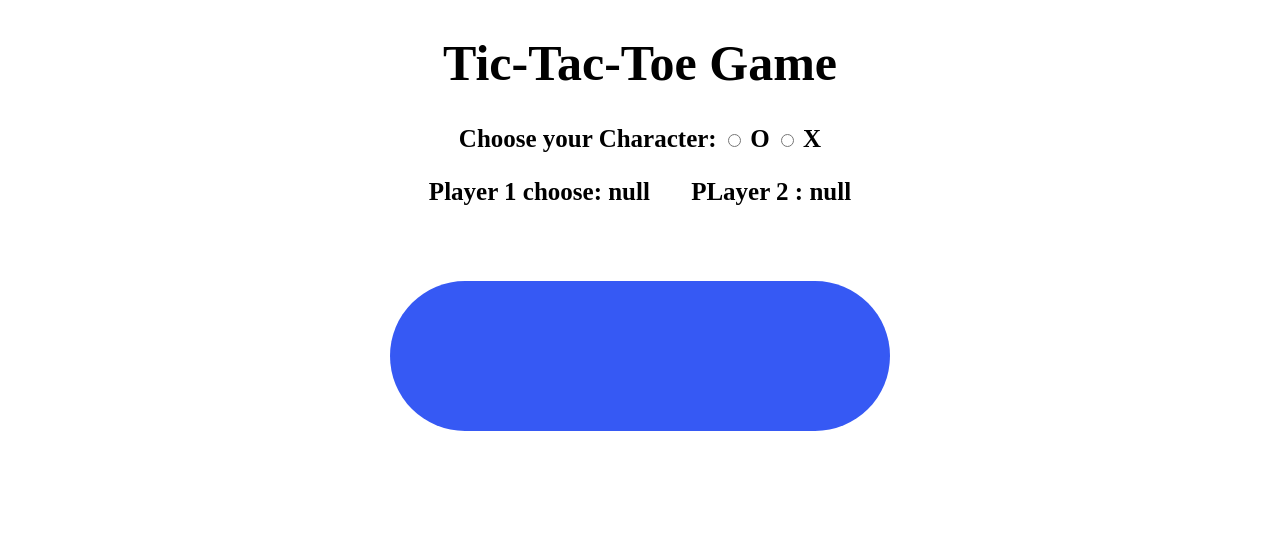
Repository: 0101chaitanya/Tic-Tac-Toe
Page: index.html
An editor plug-in stored every save of this project. The page is shown before and after the next save, followed by the edit.
The browser window is 1280 px wide. The pictures show the whole page.

Above is the page before, as saved 2021-06-11 22:58:20.

After the next save:
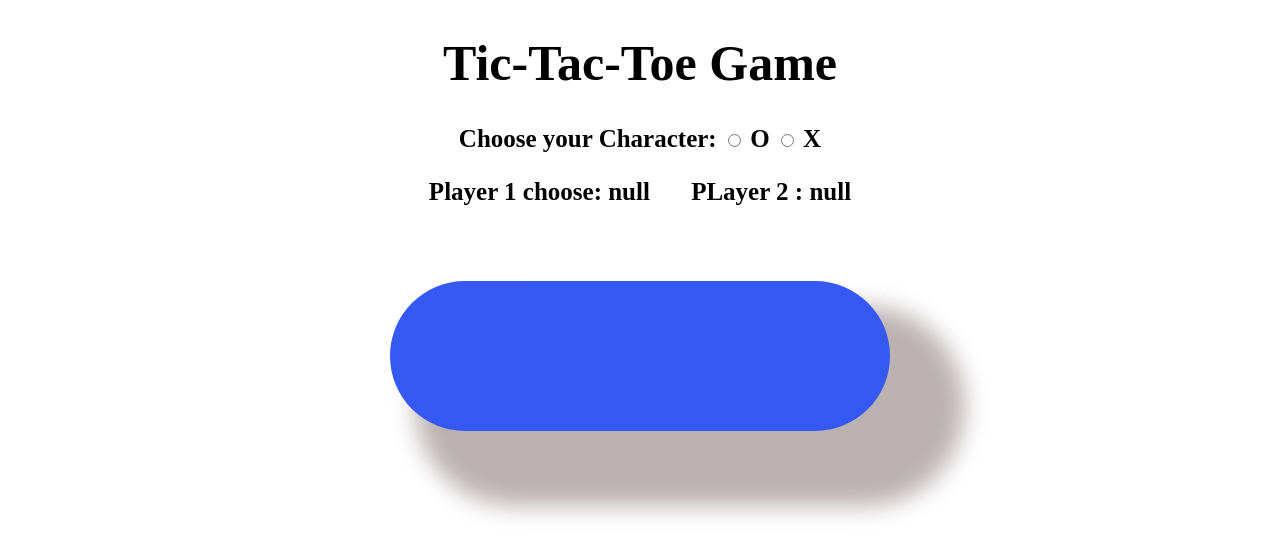
Saved 2 min 4 s later.
--- a/styles.css
+++ b/styles.css
@@ -86,7 +86,8 @@ label>input {
     transition: opacity 0.6s;
     margin-bottom: 15px;
     border-radius: 4rem;
-  }
+box-shadow: 2rem 2rem 1rem 1rem rgb(187, 177, 177);
+}
   #resultOut {background-color: #04AA6D;}
   #closebtn {
     margin-left: 15px;

After the save that followed:
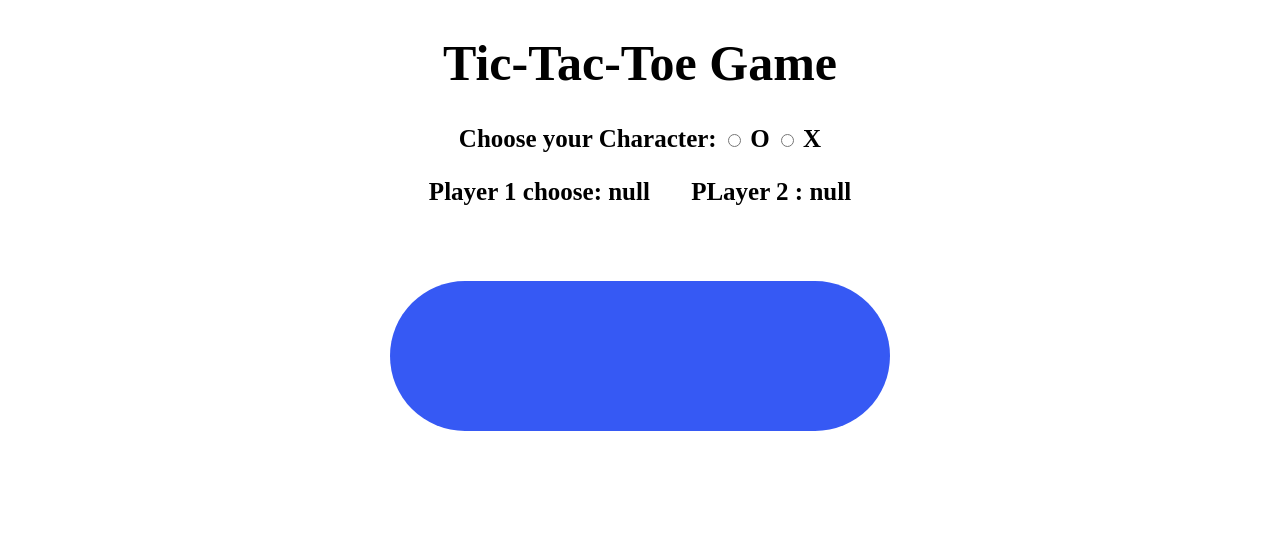
Saved 31 s later.
--- a/styles.css
+++ b/styles.css
@@ -86,7 +86,6 @@ label>input {
     transition: opacity 0.6s;
     margin-bottom: 15px;
     border-radius: 4rem;
-box-shadow: 2rem 2rem 1rem 1rem rgb(187, 177, 177);
 }
   #resultOut {background-color: #04AA6D;}
   #closebtn {
